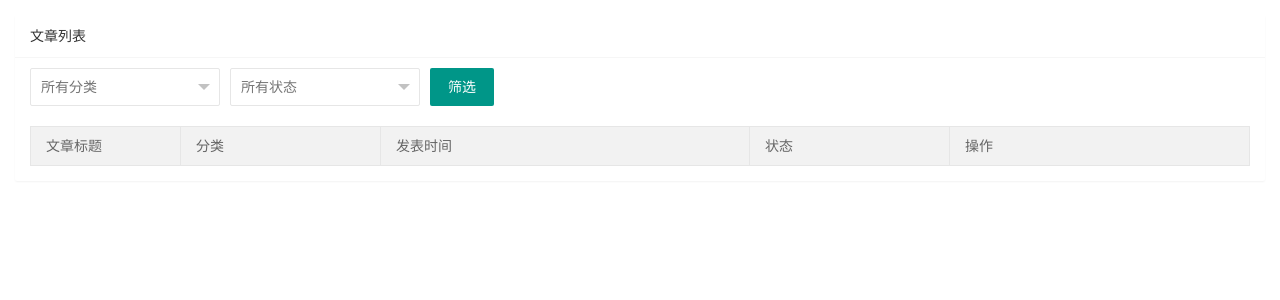
Repository: xxsleep/-
Page: home/article/art_list.html
The author's editor kept a copy of each file at every save. The page is drawn from the files as they stood at one save, then again after the next save.
The browser window is 1280 px wide. The pictures show the whole page.
The page's requests for data from a server got no answer.

Above is the page before, as saved 2020-11-28 10:43:48.
Console error: TypeError: Cannot read properties of undefined (reading 'status')

### home/article/art_list.html
<!DOCTYPE html>
<html lang="en">

<head>
    <meta charset="UTF-8">
    <meta name="viewport" content="width=device-width, initial-scale=1.0">
    <title>Document</title>
    <link rel="stylesheet" href="/assets/lib/layui/css/layui.css">
    <link rel="stylesheet" href="/assets/css/article/art_list.css">
</head>

<body>
    <div class="layui-card">
        <div class="layui-card-header">文章列表</div>
        <div class="layui-card-body">
            <form class="layui-form" action="">
                <div class="layui-form-item">

                    <div class="layui-inline">
                        <div class="layui-input-inline" style="width: 190px;">
                            <select name="title" lay-verify="" id="addtitle">
                                <option value="">所有分类</option>
                                <option value="010">北京</option>
                                <option value="021">上海</option>
                                <option value="0571">杭州</option>
                            </select>
                        </div>
                        <div class="layui-input-inline" style="width: 190px;">
                            <select name="state" lay-verify="" id="addstate">
                                <option value="">所有状态</option>
                                <option value="010">北京</option>
                                <option value="021">上海</option>
                                <option value="0571">杭州</option>
                            </select>
                        </div>
                        <div class="layui-input-inline" style="width: 190px;">
                            <button type="button" class="layui-btn">筛选</button>
                        </div>
                    </div>
                </div>
            </form>
            <table class="layui-table">
                <colgroup>
                    <col width="150">
                    <col width="200">
                    <col>
                    <col width="200">
                    <col width="300">
                </colgroup>
                <thead>
                    <tr>
                        <th>文章标题</th>
                        <th>分类</th>
                        <th>发表时间</th>
                        <th>状态</th>
                        <th>操作</th>
                    </tr>
                </thead>
                <tbody>
                    <!-- <tr>
                        <td>贤心</td>
                        <td>2016-11-29</td>
                        <td>人生就像是一场修行</td>
                        <td>人生就像是一场修行</td>
                        <td></td>
                    </tr> -->

                </tbody>
            </table>
        </div>
    </div>

    <script type="text/html" id="trTpl">
        {{each data v i}}
        <tr>
            <td>{{v.title}}</td>
            <td>{{v.cate_name}}</td>
            <td>{{v.pub_date}}</td>
            <td>{{v.state}}</td>
            <td>
                <button type="button" class="layui-btn layui-btn-xs" data_id="{{v.cate_id}}">编辑</button>
                <button type="button" class="layui-btn layui-btn-danger layui-btn-xs"
                    data_id="{{v.cate_id}}">删除</button>
            </td>
        </tr>
        {{/each}}
    </script>

    <script type="text/html" id='allTitle'>
        <option value="">所有分类</option>
        {{each data v i}}
        <option value="010">{{v.title}}</option>
        {{/each}}
    </script>
    <script type="text/html" id='allState'>
        <option value="">所有分类</option>
        {{each data v i}}
        <option value="010">{{v.state}}</option>
        {{/each}}
    </script>


    <script src="/assets/lib/jquery.js"></script>
    <script src="/assets/lib/layui/layui.all.js"></script>
    <script src="/assets/lib/template-web.js"></script>
    <script src="/assets/js/ajaxBase.js"></script>
    <script src="/assets/js/article/art_list.js"></script>
</body>

</html>

### assets/css/article/art_list.css
* {
    margin: 0;
    padding: 0;
}

body {
    padding: 15px;
}

/* .layui-form-item {
    width: 190px;
    float: left;
} */

### assets/js/ajaxBase.js
$.ajaxPrefilter(function (options) {
    options.url = "http://ajax.frontend.itheima.net" + options.url;

    if (options.url.indexOf("/my/") !== -1) {
        options.headers = {
            Authorization: localStorage.getItem("token"),
        };
    }

    options.complete = function (xhr) {
        if (xhr.responseJSON.status === 1 && xhr.responseJSON.message === '身份认证失败') {
            localStorage.removeItem('token')
            location.href = '/home/login.html'
        }
    }





});

### assets/js/article/art_list.js
$(function () {
    let form = layui.form
    let layer = layui.layer

    let query = {
        pagenum: 1, // 页码值, 默认加载第一页的数据
        pagesize: 2, // 每页显示多少条数据
        cate_id: "", // 文章分类的 Id
        state: "", // 文章的状态，可选值有：已发布、草稿
    };

    getList()

    function getList() {
        $.ajax({
            url: '/my/article/list',
            data: query,
            success: function (res) {
                console.log(res);
                console.log(template('trTpl', res));
                $('tbody').html(template('trTpl', res))
                $('#addtitle').html(template('addTitle', res))
                $('#addstate').html(template('addState', res))


            }
        })
    }



})

Loaded but not shown: assets/lib/layui/css/layui.css (library); assets/lib/jquery.js (library); assets/lib/layui/layui.all.js (library); assets/lib/template-web.js (library); assets/lib/layui/css/modules/laydate/default/laydate.css (library); assets/lib/layui/css/modules/layer/default/layer.css (library); assets/lib/layui/css/modules/code.css (common file)

After the next save:
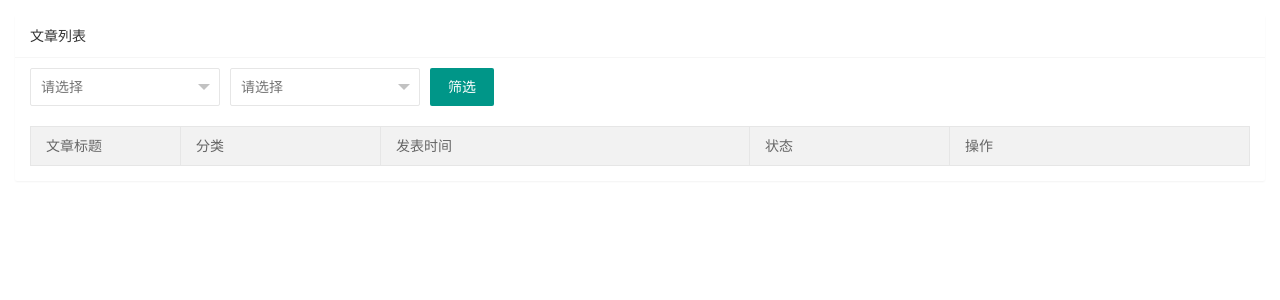
Saved 26 s later.
--- a/home/article/art_list.html
+++ b/home/article/art_list.html
@@ -19,18 +19,18 @@
                     <div class="layui-inline">
                         <div class="layui-input-inline" style="width: 190px;">
                             <select name="title" lay-verify="" id="addtitle">
-                                <option value="">所有分类</option>
+                                <!-- <option value="">所有分类</option>
                                 <option value="010">北京</option>
                                 <option value="021">上海</option>
-                                <option value="0571">杭州</option>
+                                <option value="0571">杭州</option> -->
                             </select>
                         </div>
                         <div class="layui-input-inline" style="width: 190px;">
                             <select name="state" lay-verify="" id="addstate">
-                                <option value="">所有状态</option>
+                                <!-- <option value="">所有状态</option>
                                 <option value="010">北京</option>
                                 <option value="021">上海</option>
-                                <option value="0571">杭州</option>
+                                <option value="0571">杭州</option> -->
                             </select>
                         </div>
                         <div class="layui-input-inline" style="width: 190px;">
